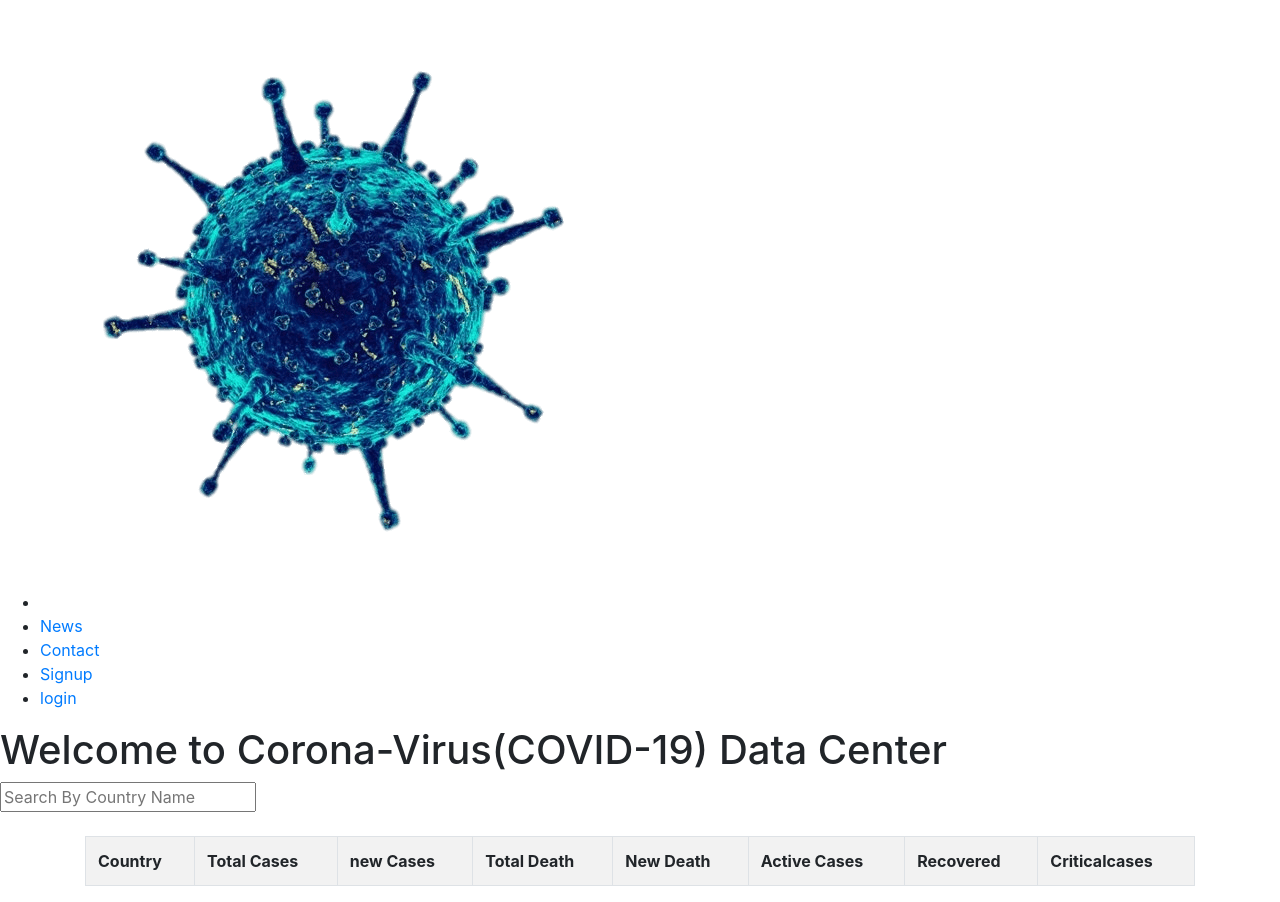
Repository: xthashankar/COVID-19-data-
Page: index.html
The author's editor kept a copy of each file at every save. The page is drawn from the files as they stood at one save, then again after the next save.
The browser window is 1280 px wide. The pictures show the whole page.
The page's requests for data from a server got no answer.

Above is the page before, as saved 2020-04-10 12:35:25.
Not found: css/styles.css.css

### index.html
<!DOCTYPE html>
<html lang="en">
<head>
    <meta charset="UTF-8">
    <meta name="viewport" content="width=device-width, initial-scale=1.0">
    <link rel="stylesheet" href="https://maxcdn.bootstrapcdn.com/bootstrap/4.4.1/css/bootstrap.min.css">
     <script src="https://ajax.googleapis.com/ajax/libs/jquery/3.4.1/jquery.min.js"></script>
     <script src="https://cdnjs.cloudflare.com/ajax/libs/popper.js/1.16.0/umd/popper.min.js"></script>
    <script src="https://maxcdn.bootstrapcdn.com/bootstrap/4.4.1/js/bootstrap.min.js"></script>
    <link rel="stylesheet" href="css/styles.css.css">
    <title>Document</title>
</head>
<body>
    <ul>
        <img src="image/coronavirus.png">
        <li><a class="nav" href="#"></a></li>
        <li><a href="#">News</a></li>
        <li><a href="#">Contact</a></li>
        <li><a href="#">Signup</a></li>
        <li><a href="#">login</a></li>
    </ul>

    <h1>Welcome to Corona-Virus(COVID-19) Data Center</h1>
    <input type="text" name="filter" id="search" placeholder="Search By Country Name" onkeyup="search()">
    <div class="container">

        <br>
        <table class="table table-bordered  table-striped">
            <thread>
                <tr>
                    <th>Country</th>
                    <th>Total Cases</th>
                    <th>new Cases</th>
                    <th>Total Death</th>
                    <th>New Death</th>
                    <th>Active Cases</th>
                    <th>Recovered</th>
                    <th>Criticalcases</th>
            </tr>
            </thread>
            <tbody  id="coranavirus">
            </tbody>
        </table>
    </div>
</body>
<script src="javascript/main.js"></script>
</html>

### javascript/main.js
// let who='';
let URL='https://nepalcorona.info/api/v1/data/world'
fetch(URL)
.then(function(response){
   return response.json()
}).then(function(covid){
//    console.log(covid);
       if(covid.length>0)
       {
           var coviddata='';
           covid.forEach(function(data){
            // coviddata +="<tr>";
            if(data.country!="")
            {
            coviddata +="<tr><td>"+data.country+"</td>";
            coviddata +="<td>"+data.totalCases+"</td>";
            coviddata +="<td>"+data.newCases+"</td>";
            coviddata +="<td>"+data.totalDeaths+"</td>";
            coviddata +="<td>"+data.newDeaths+"</td>";
            coviddata +="<td>"+data.activeCases+"</td>";
            coviddata +="<td>"+data.totalRecovered+"</td>";
            coviddata +="<td>"+data.criticalCases+"</td></tr>";
            console.log(coviddata);
            }
            document.getElementById('coranavirus').innerHTML=coviddata;
           })
       }
   })
   //for search
function search(){
    let filter=document.getElementById("search").value.toUpperCase();
    let table=document.getElementById("coranavirus");
    let tr=table.getElementsByTagName("tr");
    for(let i=0;i<tr.length;i++)
    {
     let td=tr[i].getElementsByTagName("td")[0];
        if(td)
        {
         let txtValue=td.textContent||td.innerText;
         if(txtValue.toUpperCase().indexOf(filter)>-1)
            {
            tr[i].style.display="";
            }else
            {
            tr[i].style.display="none";
            }
        }
    }
}

### css/styles.css
ul{
    list-style-type:none;
    overflow: hidden;
    background-color:#333;
}
li{
   float:right;
}
li a{

    display: block;
    color:white;
    text-align: center;
    padding: 14px 16px;
    text-decoration: none;
}
li a:hover{
    background-color: #111;
}
h1{
    text-align: center;
}
#search{

    border-radius: 10px;
    margin:5 auto;
    border-radius: 10px;
    margin-left: 580px;
    border: none;
    border-radius: 15px;
    background-color:whitesmoke;
}
img{
    width:70px;
    height:70px;
}

After the next save:
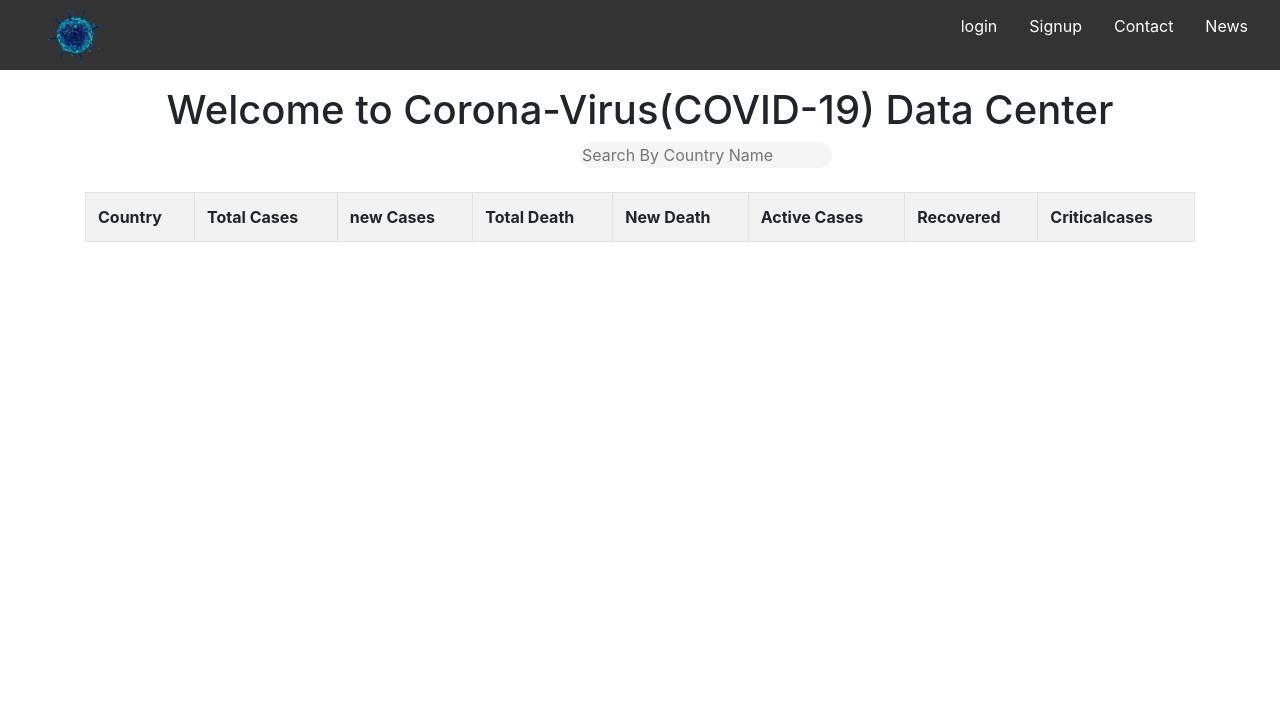
Saved 27 s later.
--- a/index.html
+++ b/index.html
@@ -7,7 +7,7 @@
      <script src="https://ajax.googleapis.com/ajax/libs/jquery/3.4.1/jquery.min.js"></script>
      <script src="https://cdnjs.cloudflare.com/ajax/libs/popper.js/1.16.0/umd/popper.min.js"></script>
     <script src="https://maxcdn.bootstrapcdn.com/bootstrap/4.4.1/js/bootstrap.min.js"></script>
-    <link rel="stylesheet" href="css/styles.css.css">
+    <link rel="stylesheet" href="css/styles.css">
     <title>Document</title>
 </head>
 <body>
